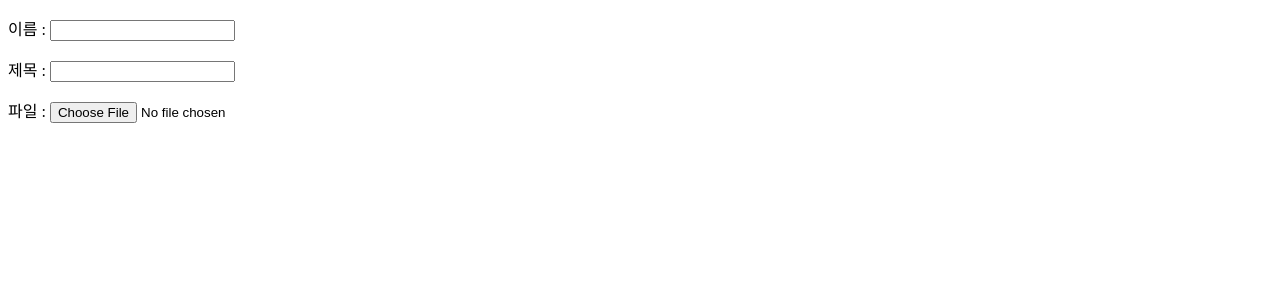
Repository: saysang22/servlet
Page: http://localhost/JSPBook/ch07/fileupload01.jsp
These files come from the project's save history. The page is drawn as it stood at one moment and after the next save; the edit follows.
The browser window is 1280 px wide. The pictures show the whole page.
The page is served by Tomcat 10.

Above is the page before, as saved 2024-05-30 05:21:57.

After the next save:
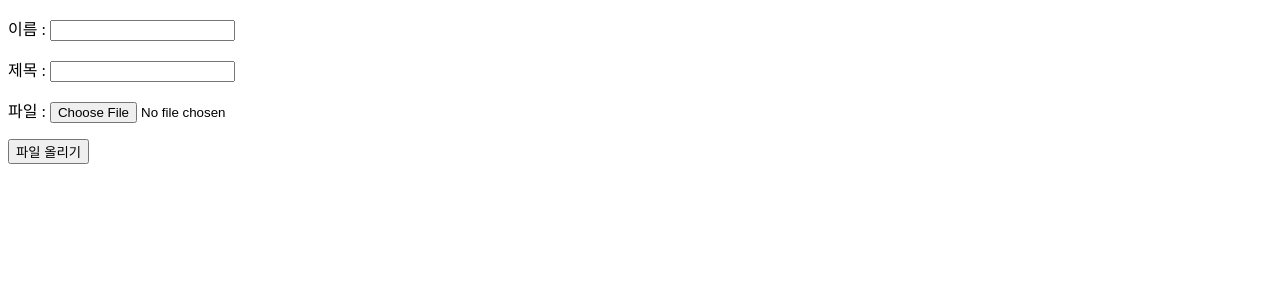
Saved 9 s later.
--- a/JSPBook/src/main/webapp/ch07/fileupload01.jsp
+++ b/JSPBook/src/main/webapp/ch07/fileupload01.jsp
@@ -10,5 +10,6 @@
 	<p>이름 : <input type="text" name="name">
 	<p>제목 : <input type="text" name="subject">
 	<p>파일 : <input type="file" name="filename">
+	<p><input type="submit" value="파일 올리기">
 </body>
 </html>
